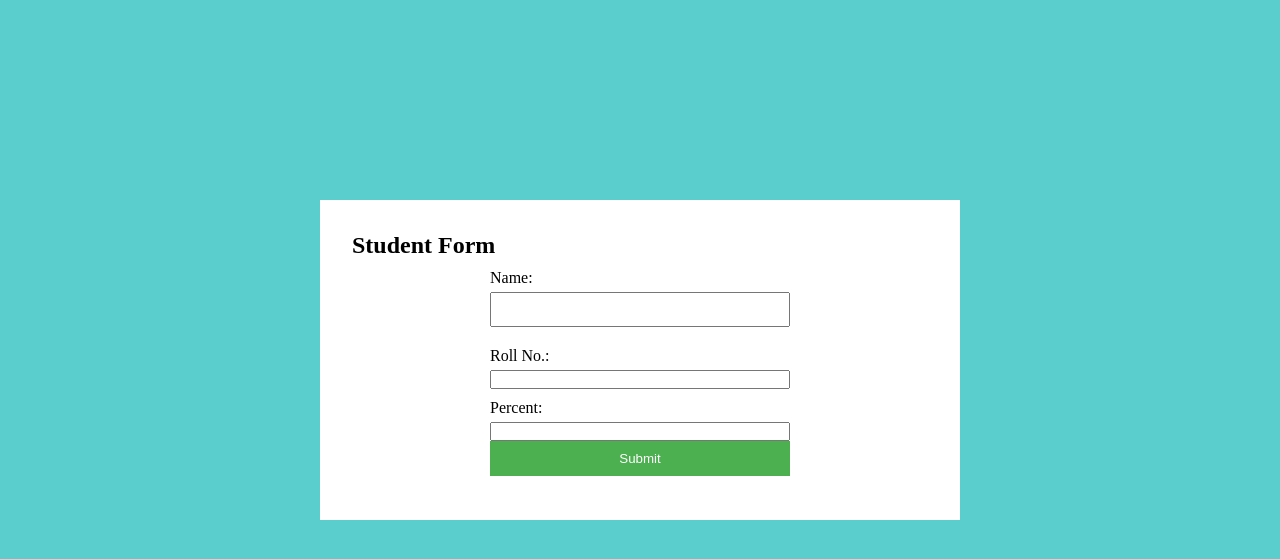
Repository: deeptimahisare1206/Todo_List
Page: http://localhost/Hib_Nest/
The author's editor kept a copy of each file at every save. The page is drawn from the files as they stood at one save, then again after the next save.
The browser window is 1280 px wide. The pictures show the whole page.
The page is served by Tomcat 10. Other server files are loaded and not shown.

Above is the page before, as saved 2024-11-09 11:08:27.

### Hib_Nest/src/main/webapp/index.jsp
<%@ page language="java" contentType="text/html; charset=UTF-8"
	pageEncoding="UTF-8"%>
<html>
<head>
<style>
*{
margin:0;
padding:0;
box-sizing: border-box;

}
body {
display:grid;
place-items:center;
	background-color: #5acdcd;
	gap: 2rem;
	height: 100vh;
}

div{
padding:2rem;
	background-color: white;
	height: 20rem;
	width:50vw;
}
form{
	display: flex;
	flex-direction: column;
	height: 20rem;
}
form {
    width: 300px;
    margin: 0 auto;
}

label {
    display: block;
    margin: 10px 0 5px;
}

input[type="text"],
input[type="email"],
input[type="password"] {
    width: 100%;
    padding: 8px;
    margin-bottom: 10px;
}

input[type="submit"] {
    background-color: #4CAF50;
    color: white;
    padding: 10px;
    border: none;
    cursor: pointer;
}

input[type="submit"]:hover {
    background-color: #45a049;
}
</style>
</head>
<body>
<div>
	<h2>Student Form</h2>

	<form action="Register" method="get">
		<label>Name:</label><input type="text" name="name"><label>Roll
			No.: </label> <input type="number" name="roll"> <label>Percent:
		</label><input type="number" name="percent"> <input type="submit"
			value="Submit">
	</form>
	</div>
</body>
</html>

After the next save:
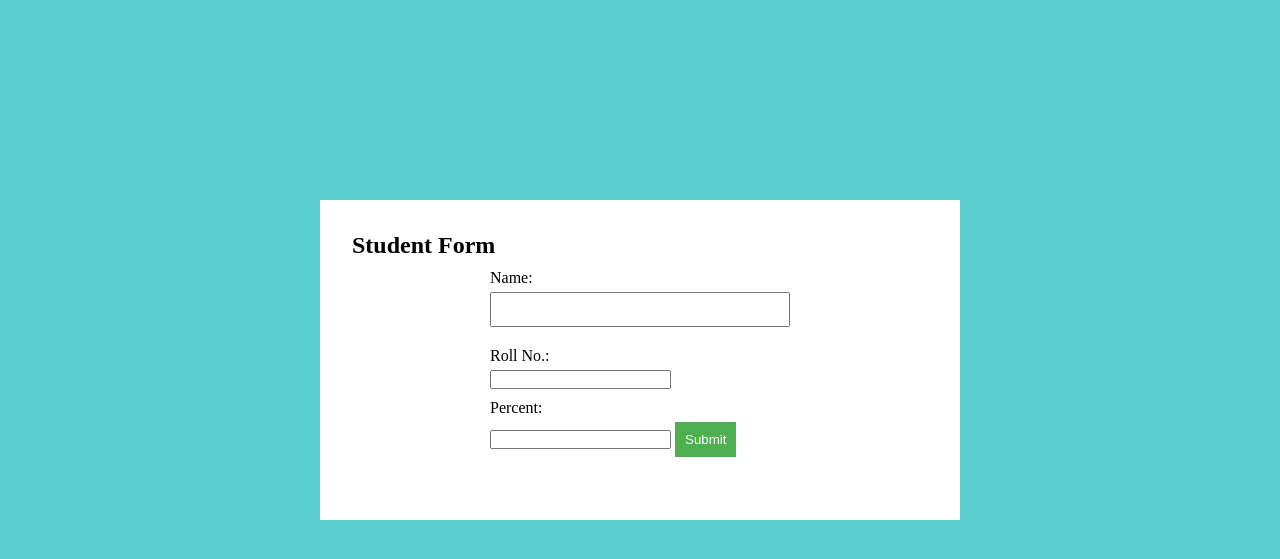
Saved 16 s later.
--- a/Hib_Nest/src/main/webapp/index.jsp
+++ b/Hib_Nest/src/main/webapp/index.jsp
@@ -23,11 +23,7 @@ padding:2rem;
 	height: 20rem;
 	width:50vw;
 }
-form{
-	display: flex;
-	flex-direction: column;
-	height: 20rem;
-}
+
 form {
     width: 300px;
     margin: 0 auto;
